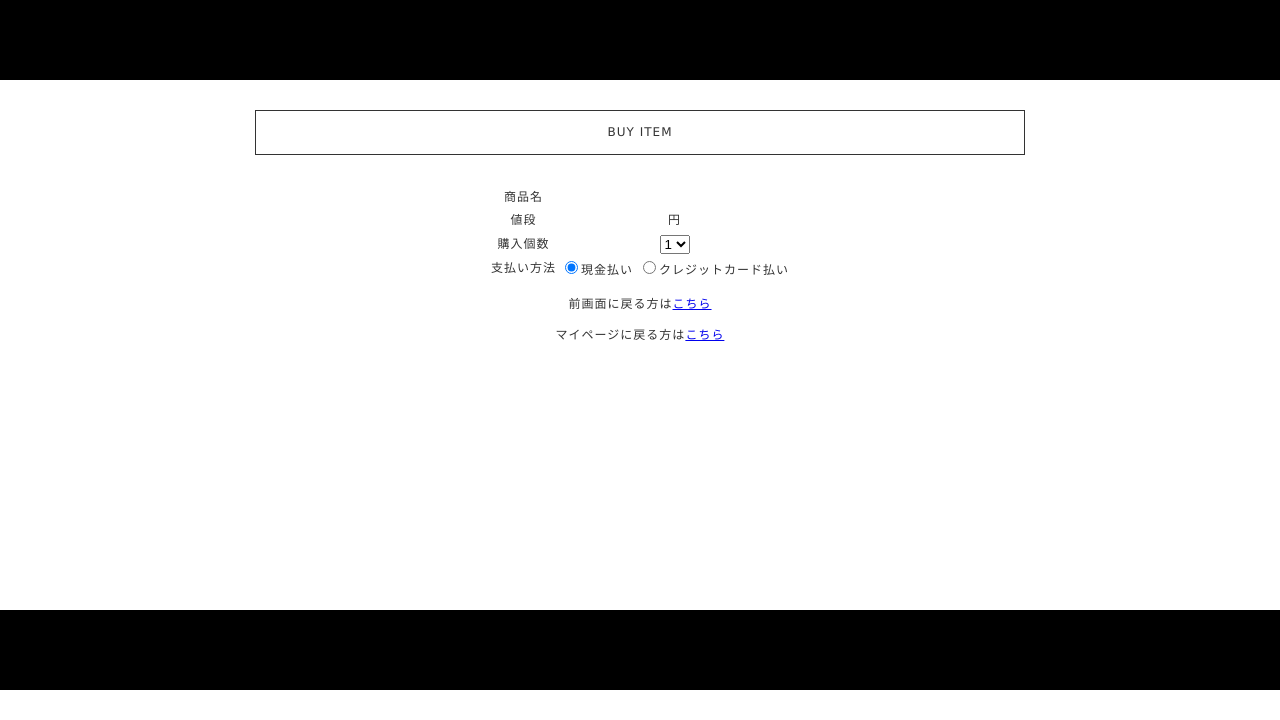
Repository: kf3225/backup
Page: http://localhost/ecsite/buyItem.jsp
The author's editor kept a copy of each file at every save. The page is drawn from the files as they stood at one save, then again after the next save.
The browser window is 1280 px wide. The pictures show the whole page.
The page is served by Tomcat 9. Other server files are loaded and not shown.

Above is the page before, as saved 2018-01-25 01:22:23.

### ecsite/WebContent/buyItem.jsp
<%@ page language="java" contentType="text/html; charset=UTF-8"
    pageEncoding="UTF-8"%>
<%@ taglib prefix="s" uri="/struts-tags" %>
<!DOCTYPE html PUBLIC "-//W3C//DTD HTML 4.01 Transitional//EN" "http://www.w3.org/TR/html4/loose.dtd">
<html>
<head>
<meta http-equiv="Content-Type" content="text/html; charset=UTF-8"/>
<meta http-equiv="Content-Style-Type" content="text/css"/>
<meta http-equiv="Content-Script-Type" content="javascript"/>
<meta http-equiv="imagetoolbar" content="no"/>
<meta name="description" content=""/>
<meta name="keywords" content=""/>

<style type="text/css">

/* ===== TAG LAYOUT ===== */
body {
	margin:0;
	padding:0;
	line-height:1.6;
	letter-spacing:1px;
	font-family:Verdana, Helvetica, sans-serif;
	font-size:12px;
	color:#333;
	background-color:#fff;
}

table {
	text-align:center;
	margin:0 auto;
}

/* ===== ID LAYOUT ===== */
#top {
	width:60%;
	margin:30px auto;
	text-align:center;
	border:1px solid #333;
}

#header {
	width:100%;
	height:80px;
	background-color:black;
}

#main {
	width:100%;
	height:500px;
	background-color:#fff;
	text-align:center;
}

#footer {
	width:100%;
	height:80px;
	background-color:black;
	clear:both;
}

</style>

<title>BUY ITEM</title>
</head>
<body>
	<div id="header">
		<div id="pr"></div>
	</div>

	<div id="main">
		<div id="top"><p>BUY ITEM</p></div>
		<div>
			<s:form action="BuyItemAction">
			<table>
				<tr>
					<td><span>商品名</span></td>
					<td><s:property value="session.buyItem_name" /><br></td>
				</tr>
				<tr>
					<td><span>値段</span></td>
					<td><s:property value="session.buyItem_price" /><span>円</span></td>
				</tr>
				<tr>
					<td><span>購入個数</span></td>
					<td>
					<select name="count">
						<option value="1" selected="selected">1</option>
						<option value="2">2</option>
						<option value="3">3</option>
						<option value="4">4</option>
						<option value="5">5</option>
					</select>
					</td>
				</tr>
				<tr>
					<td><span>支払い方法</span></td>
					<td>
						<input type="radio" name="pay" value="1" checked="checked">現金払い
						<input type="radio" name="pay" value="2">クレジットカード払い
					</td>
				</tr>
			</table>
			</s:form>
			<div>
				<p>前画面に戻る方は<a href='<s:url action="GoHomeAction" />'>こちら</a></p>
				<p>マイページに戻る方は<a href='<s:url action="MyPageAction" />'>こちら</a></p>
			</div>
		</div>
	</div>

	<div id="footer">
		<div id="pr"></div>
	</div>
</body>
</html>

After the next save:
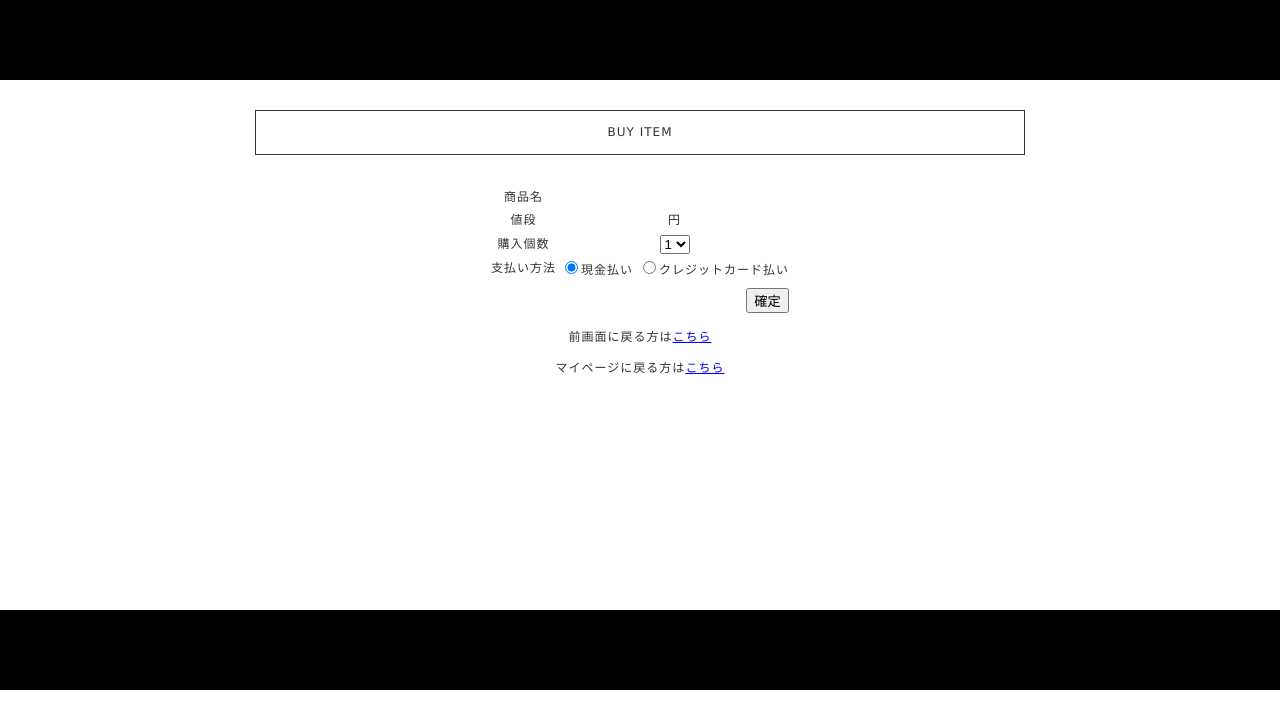
Saved 6 min 37 s later.
--- a/ecsite/WebContent/buyItem.jsp
+++ b/ecsite/WebContent/buyItem.jsp
@@ -99,6 +99,9 @@ table {
 						<input type="radio" name="pay" value="2">クレジットカード払い
 					</td>
 				</tr>
+				<tr>
+					<td><s:submit value="確定" /></td>
+				</tr>
 			</table>
 			</s:form>
 			<div>
